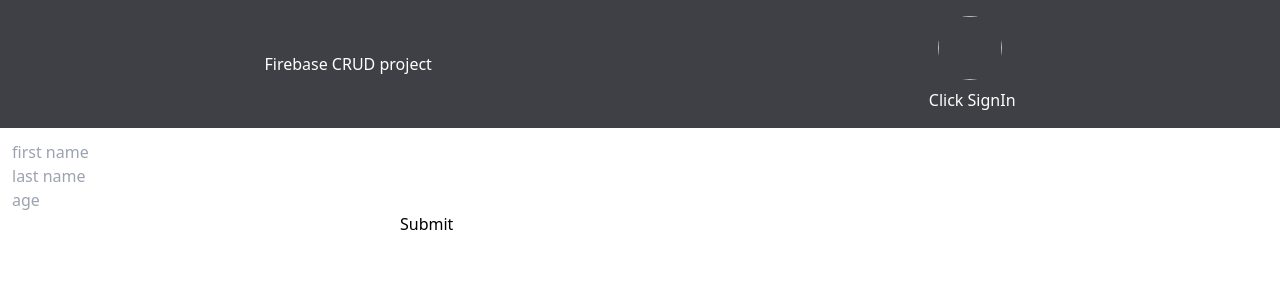
Repository: Semanmernstack/firebase-crud
Page: /
The author's editor kept a copy of each file at every save. The page is drawn from the files as they stood at one save, then again after the next save.
The browser window is 1280 px wide. The pictures show the whole page.
The project was rebuilt for these pictures with package versions that can differ from the ones it lists, and the page was loaded fresh each time.

Above is the page before, as saved 2023-03-17 02:01:42.

After the next save:
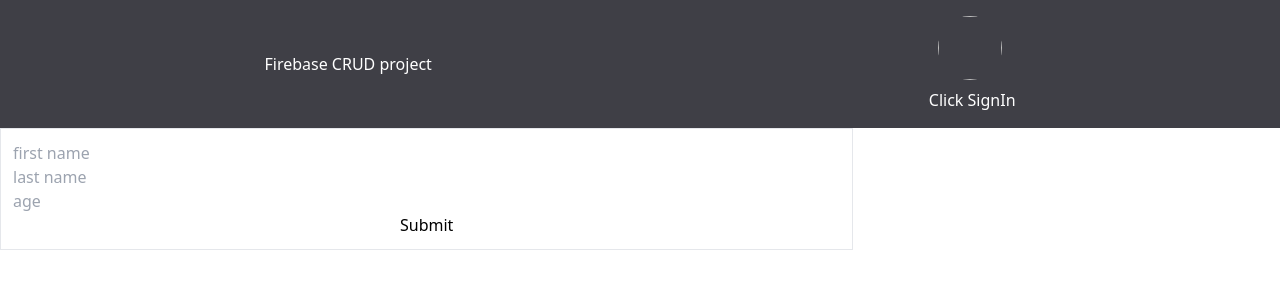
Saved 45 s later.
--- a/src/components/Body.js
+++ b/src/components/Body.js
@@ -9,7 +9,7 @@ function Body() {
     } = useForm();
     const onSubmit = data => console.log(data);
   return (
-    <div className="p-3 text-black flex flex-col w-2/3">
+    <div className="p-3 text-black flex flex-col w-2/3 border">
         <form className='flex flex-col' onSubmit={handleSubmit(onSubmit)}>
             <input placeholder='first name'  {...register('firstName')} />
             <input placeholder='last name' {...register('lastName', { required: true })} />
